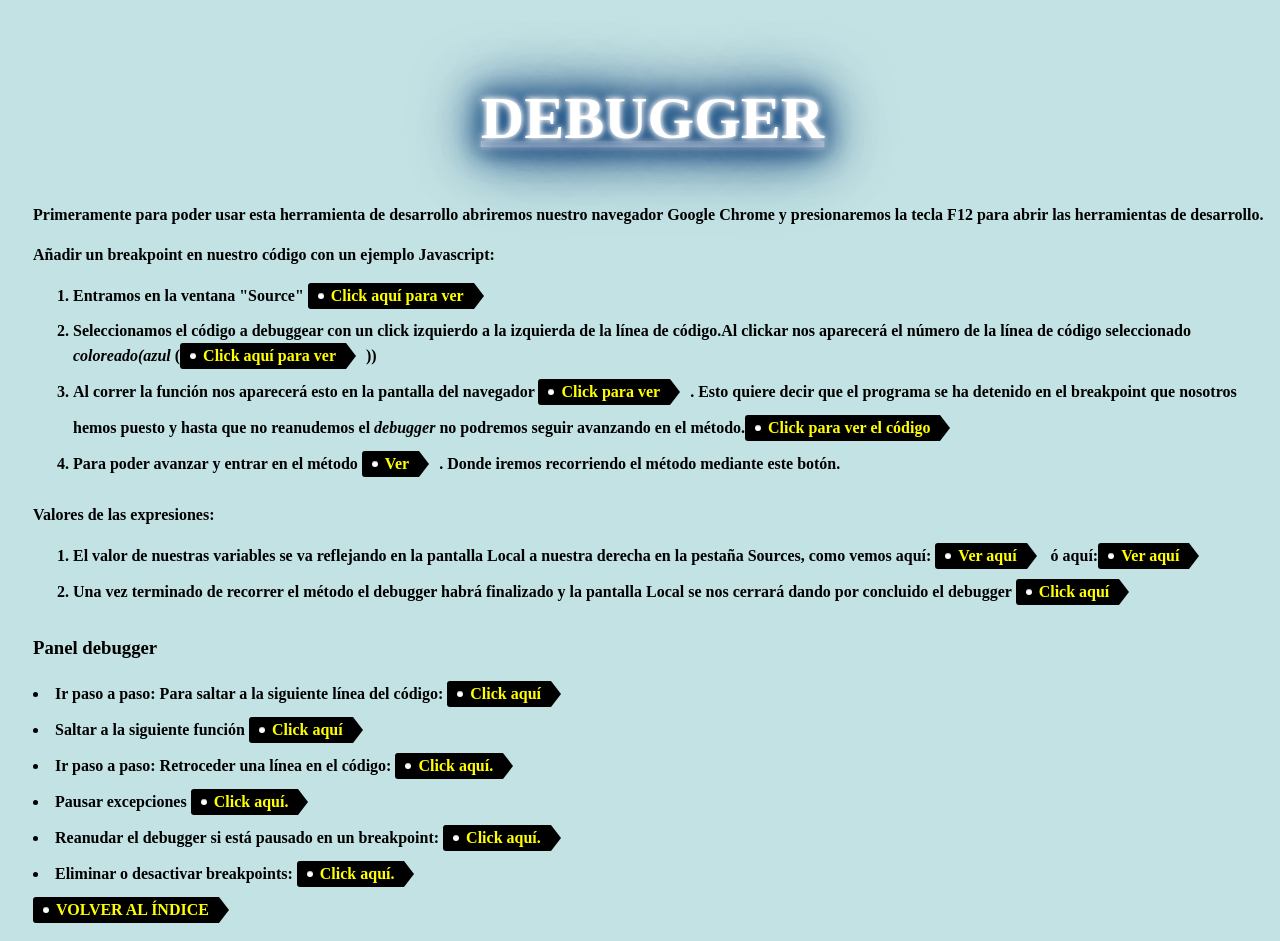
Repository: VictorinoBF97/HerramientasDesarollo
Page: debugger.html
The author's editor kept a copy of each file at every save. The page is drawn from the files as they stood at one save, then again after the next save.
The browser window is 1280 px wide. The pictures show the whole page.

Above is the page before, as saved 2018-11-27 07:02:48.
Not found: main.js

After the next save:
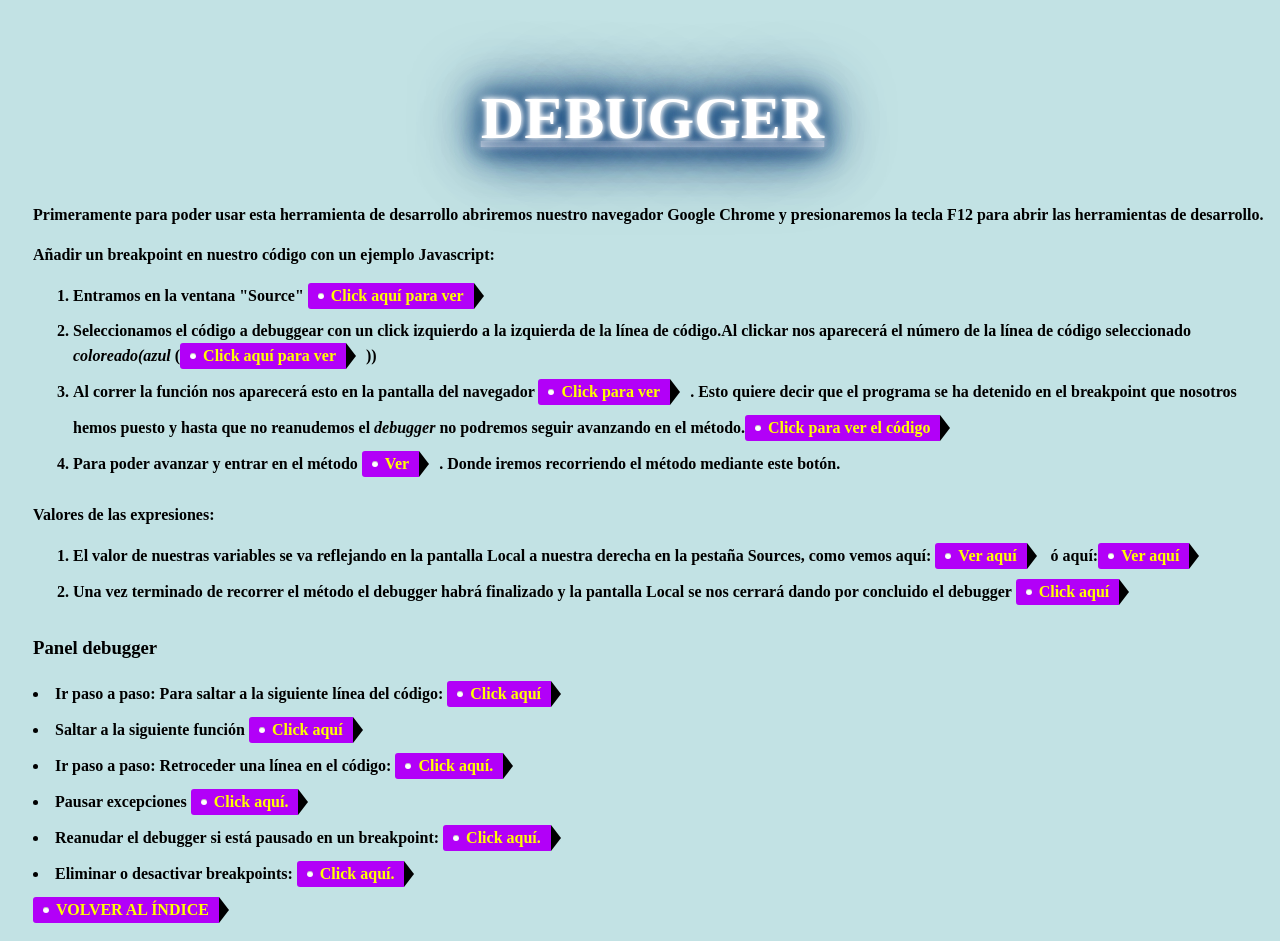
Saved 3 min 27 s later.
--- a/css/styles.css
+++ b/css/styles.css
@@ -29,7 +29,7 @@ body{
 
 }
 a{
-    background: rgb(0, 0, 0);
+    background: rgb(178, 0, 248);
   border-radius: 3px 0 0 3px;
   color: yellow;
   display: inline-block;
